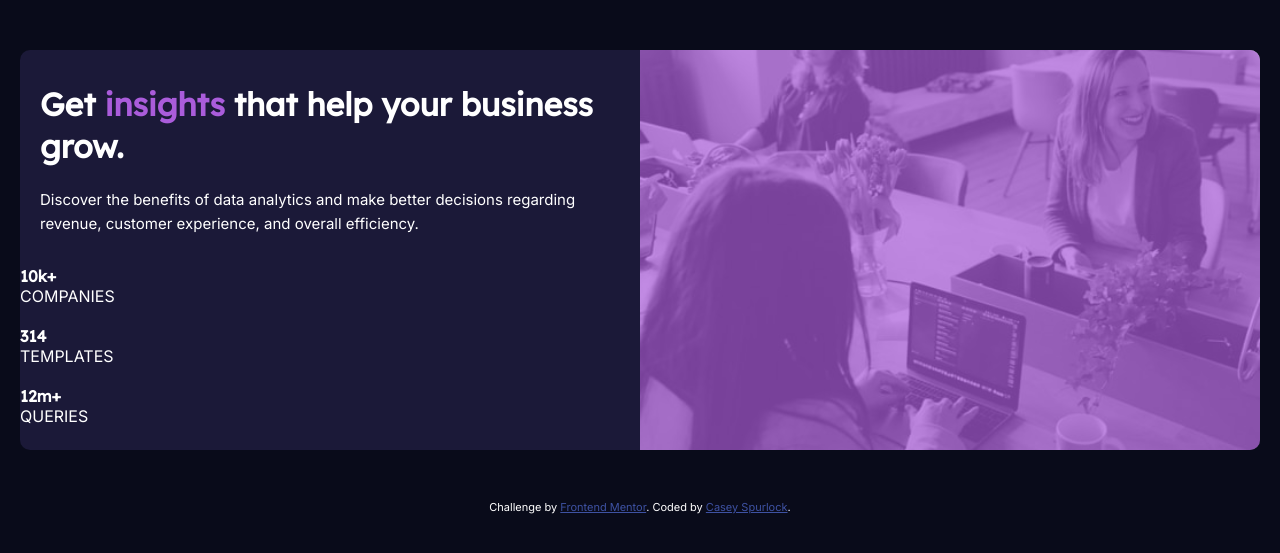
Repository: CaseySpurlock/stats-prewiew-component
Page: index.html
These files come from the project's save history. The page is drawn as it stood at one moment and after the next save; the edit follows.
The browser window is 1280 px wide. The pictures show the whole page.

Above is the page before, as saved 2021-06-22 12:17:42.

### index.html
<!DOCTYPE html>
<html lang="en">
<head>
  <meta charset="UTF-8">
  <meta name="viewport" content="width=device-width, initial-scale=1.0"> <!-- displays site properly based on user's device -->

  <link rel="icon" type="image/png" sizes="32x32" href="./images/favicon-32x32.png">

  <title>Frontend Mentor | Stats preview card component</title>

  <link rel="stylesheet" href="styles.css">
  <link rel="preconnect" href="https://fonts.googleapis.com">
  <link rel="preconnect" href="https://fonts.gstatic.com" crossorigin>
  <link href="https://fonts.googleapis.com/css2?family=Inter:wght@400;700&family=Lexend+Deca&display=swap" rel="stylesheet">

</head>

<body>

  <div class="container">
    <div class="card picture">
      <div class="overlay"></div>
    </div>
      <div class="card">
        <h1>Get <span>insights</span> that help your business grow.</h1>
      <p>Discover the benefits of data analytics and make better decisions regarding revenue, customer
        experience, and overall efficiency.</p>
        <ul>
          <li><span>10k+</span> companies</li>
          <li><span>314</span> templates</li>
          <li><span>12m+ </span> queries</li>
      </div>
      </div>








  <div class="attribution">
    Challenge by <a href="https://www.frontendmentor.io?ref=challenge" target="_blank">Frontend Mentor</a>.
    Coded by <a href="#">Casey Spurlock</a>.
  </div>
</body>
</html>

### styles.css
:root {
    --Very-dark-blue: hsl(233, 47%, 7%);
    --Dark-desaturated-blue: hsl(244, 38%, 16%);
    --Soft-violet: hsl(277, 64%, 61%);
    --White: hsl(0, 0%, 100%);
    --Slightly-transparent -white: hsla(0, 0%, 100%, 0.75);
    --Slightly-transparent-white: hsla(0, 0%, 100%, 0.6);
}

* {
    margin: 0;
    padding: 0;
    box-sizing: border-box;
}

img {
    max-width: 100%;
}

ul {
    list-style-type: none;
}

body {
    font-family: "Inter", sans-serif;
    background-color: var(--Very-dark-blue);
}

p {
    font-size: 15px;
    line-height: 1.6;
}

.container {
    background-color: var(--Dark-desaturated-blue);
    color: var(--White);
    margin: 50px 20px;
    padding: 0 0 20px;
    border-radius: 10px;
    text-align: center;
}

.container .picture  {
    background: url(./images/image-header-mobile.jpg)
    no-repeat center/cover;
    height: 400px;
    border-radius: 10px 10px 0 0;
}

.container .picture .overlay {
    background-color: hsl(277, 64%, 61%, .7);
    height: 400px;
    border-radius: 10px 10px 0 0;
}

.container .card p {
    padding: 0 20px;
    margin-bottom: 30px;
}

.container .card h1 {
    margin: 30px 0 20px;
    padding: 0 20px;
    line-height: 1.3;
    font-family: "lexend deca", sans-serif;
}

.container .card h1 span {
    color: var(--Soft-violet);
}

.container .card ul li {
    margin-bottom: 20px;
    text-transform: uppercase;
}

.container .card ul li span {
    display: block;
    text-transform: lowercase;
    font-weight: 700;
    font-family: "lexend deca", sans-serif;
}

.attribution {
    font-size: 11px;
    text-align: center;
    color: white;
    padding-bottom: 20px;
}
.attribution a {
    color: hsl(228, 45%, 44%);
}

@media (min-width: 768px) {
    .container {
        display: flex;
        flex-direction: row-reverse;
        align-items: center;
        justify-content: center;
        padding: 0;
        text-align: left;
    }

    .container .picture {
        background: url(./images/image-header-desktop.jpg) no-repeat center/cover;
        min-width: 50%;
        border-radius: 0 10px 10px 0;
    }

    .container .picture .overlay {
        background-color: hsl(277, 64%, 61%, .7);
        height: 400px;
        border-radius: 0 10px 10px 0;
    }
}

After the next save:
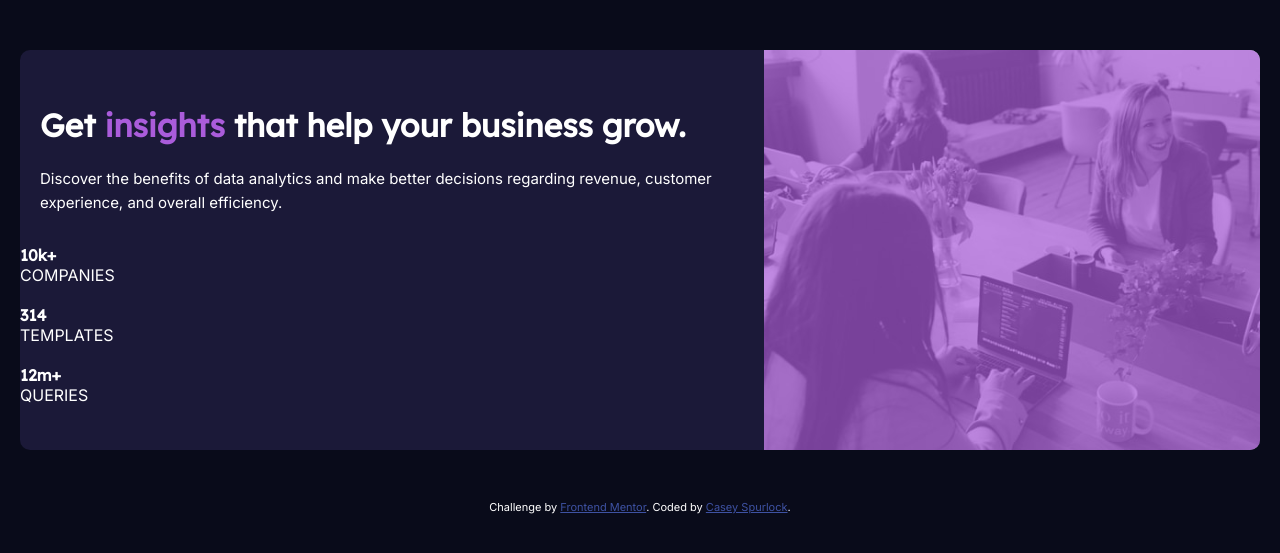
Saved 13 s later.
--- a/styles.css
+++ b/styles.css
@@ -103,7 +103,7 @@
 
     .container .picture {
         background: url(./images/image-header-desktop.jpg) no-repeat center/cover;
-        min-width: 50%;
+        min-width: 40%;
         border-radius: 0 10px 10px 0;
     }
 

After the save that followed:
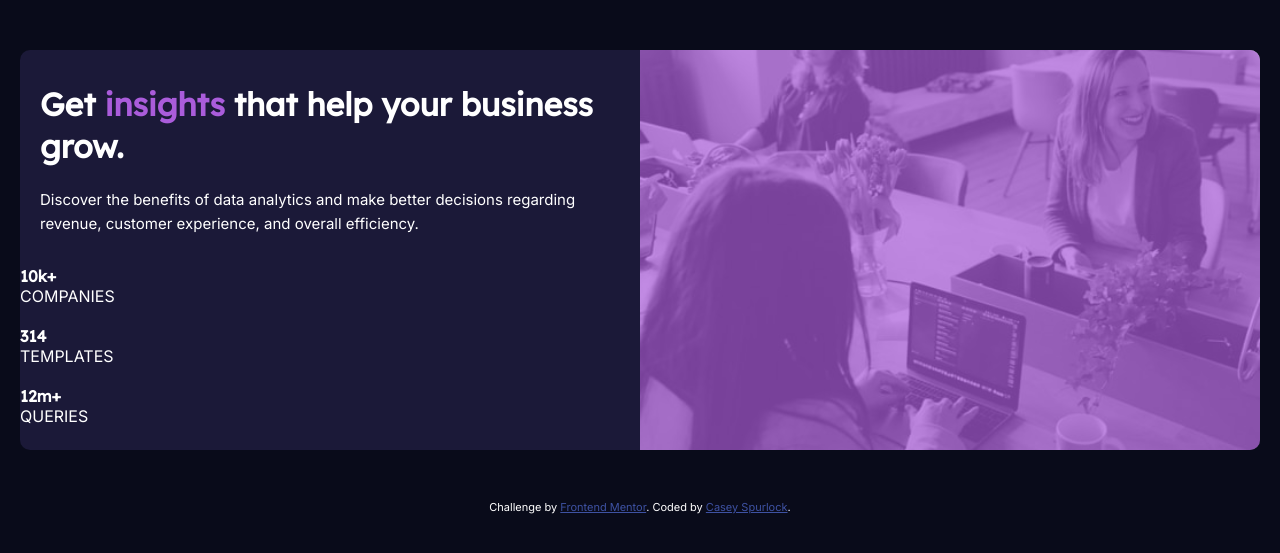
Saved 33 s later.
--- a/styles.css
+++ b/styles.css
@@ -103,7 +103,7 @@
 
     .container .picture {
         background: url(./images/image-header-desktop.jpg) no-repeat center/cover;
-        min-width: 40%;
+        min-width: 50%;
         border-radius: 0 10px 10px 0;
     }
 
